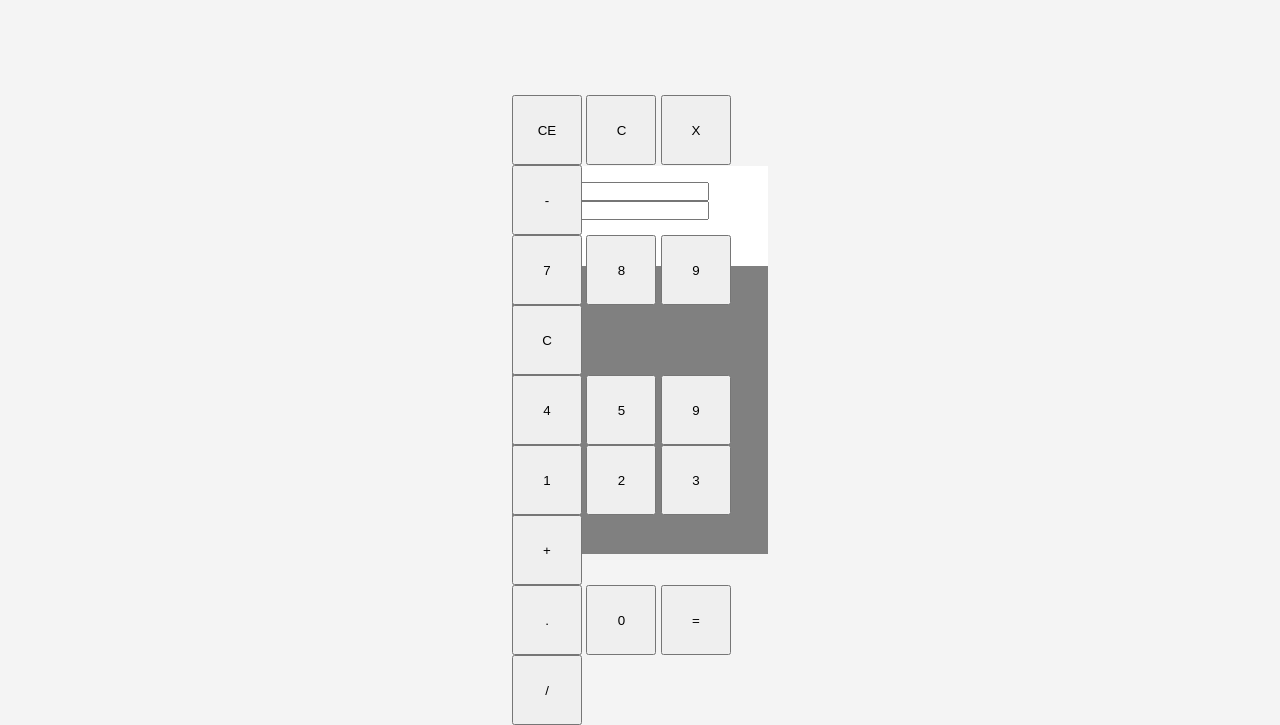
Repository: DNature/calc
Page: index.html
These files come from the project's save history. The page is drawn as it stood at one moment and after the next save; the edit follows.
The browser window is 1280 px wide. The pictures show the whole page.

Above is the page before, as saved 2019-11-20 23:33:38.

After the next save:
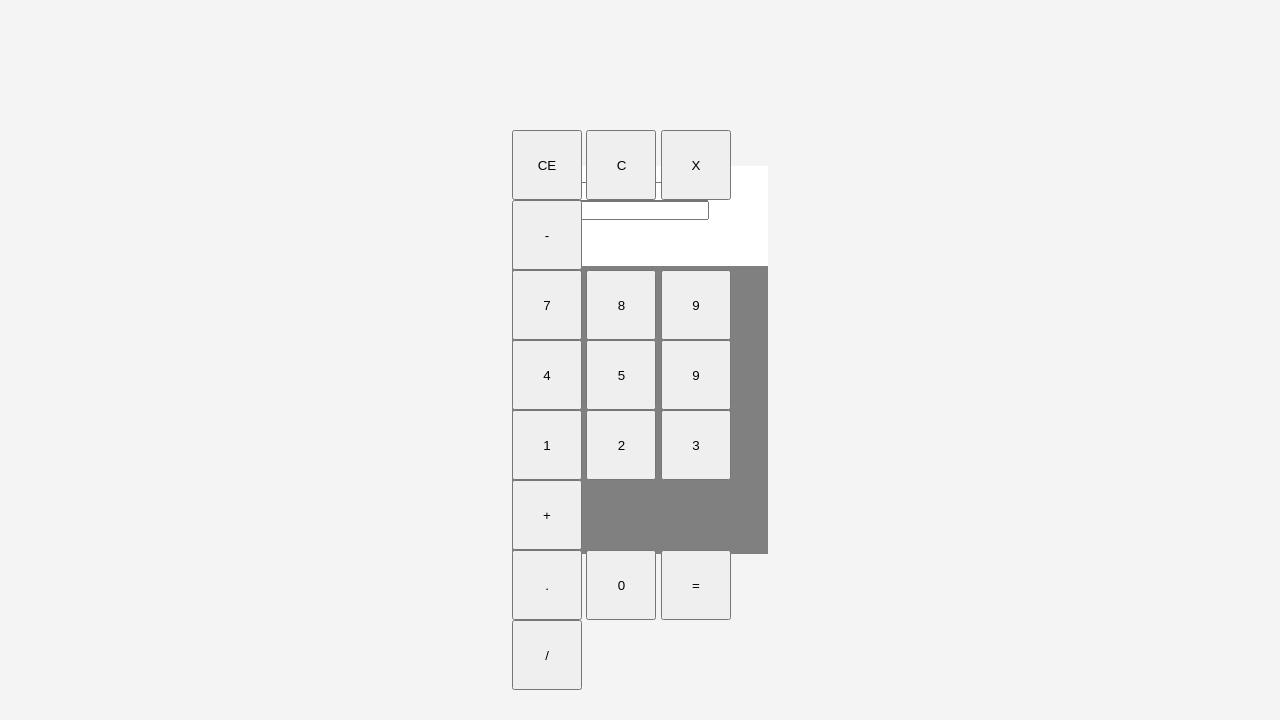
Saved 49 s later.
--- a/index.html
+++ b/index.html
@@ -25,7 +25,6 @@
           <button id="" class="button">7</button>
           <button id="" class="button">8</button>
           <button id="" class="button">9</button>
-          <button id="" class="button">C</button>
         </div>
         <div class="row">
           <button id="" class="button">4</button>
